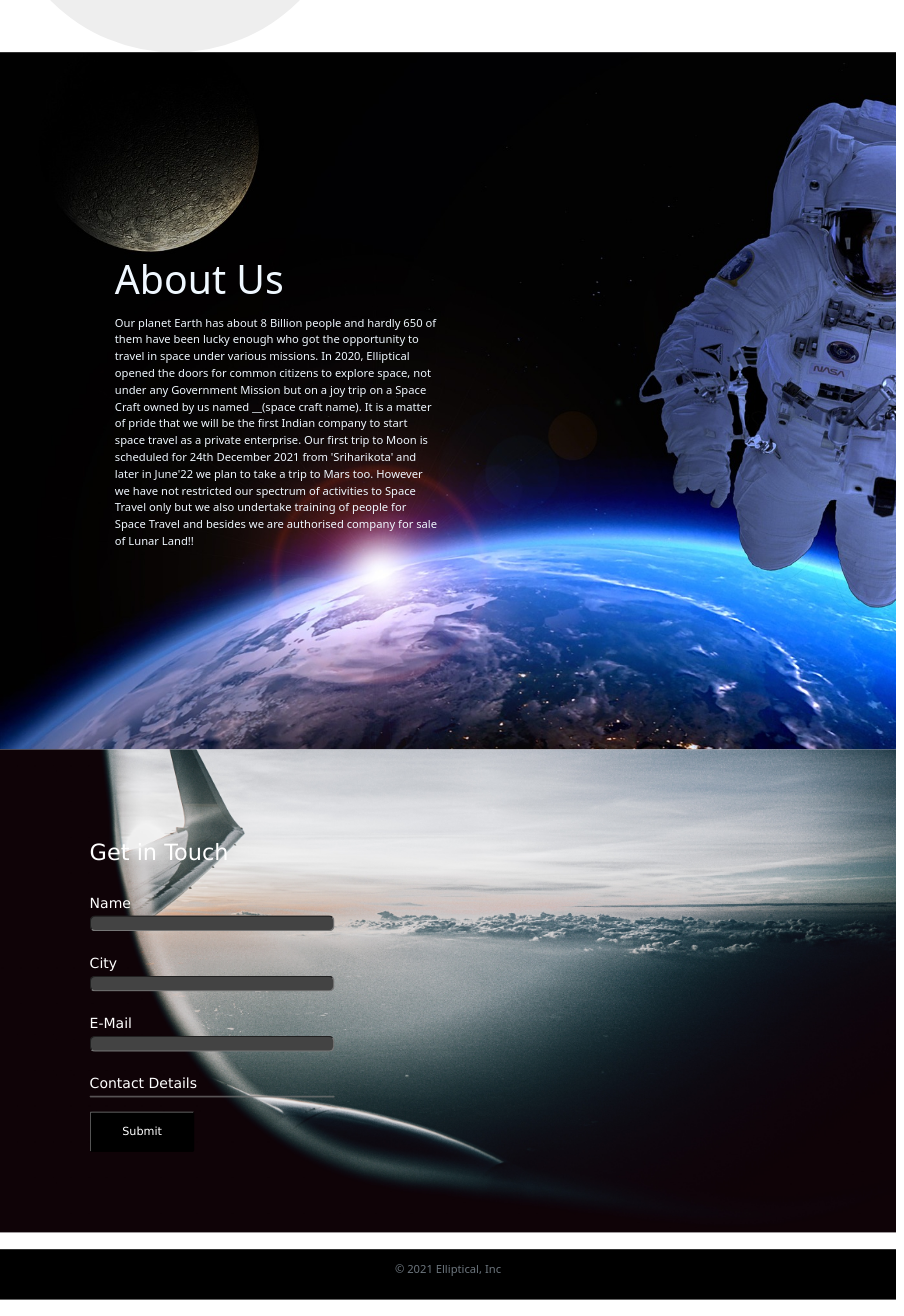
Repository: sarthakkathpalia/elliptical
Page: html/home.html
These files come from the project's save history. The page is drawn as it stood at one moment and after the next save; the edit follows.
The browser window is 1280 px wide. The page is 1292 px wide, so the pictures cover 1292 px, including what lies to the right of the window. The pictures show the part of the page from y = 2522 to 4402 px (the page is 4402 px tall), at 70% of full size.
Some web libraries are served in a nearby version.

Above is the page before, as saved 2021-10-30 15:57:56.
Console error: ReferenceError: emailjs is not defined

After the next save:
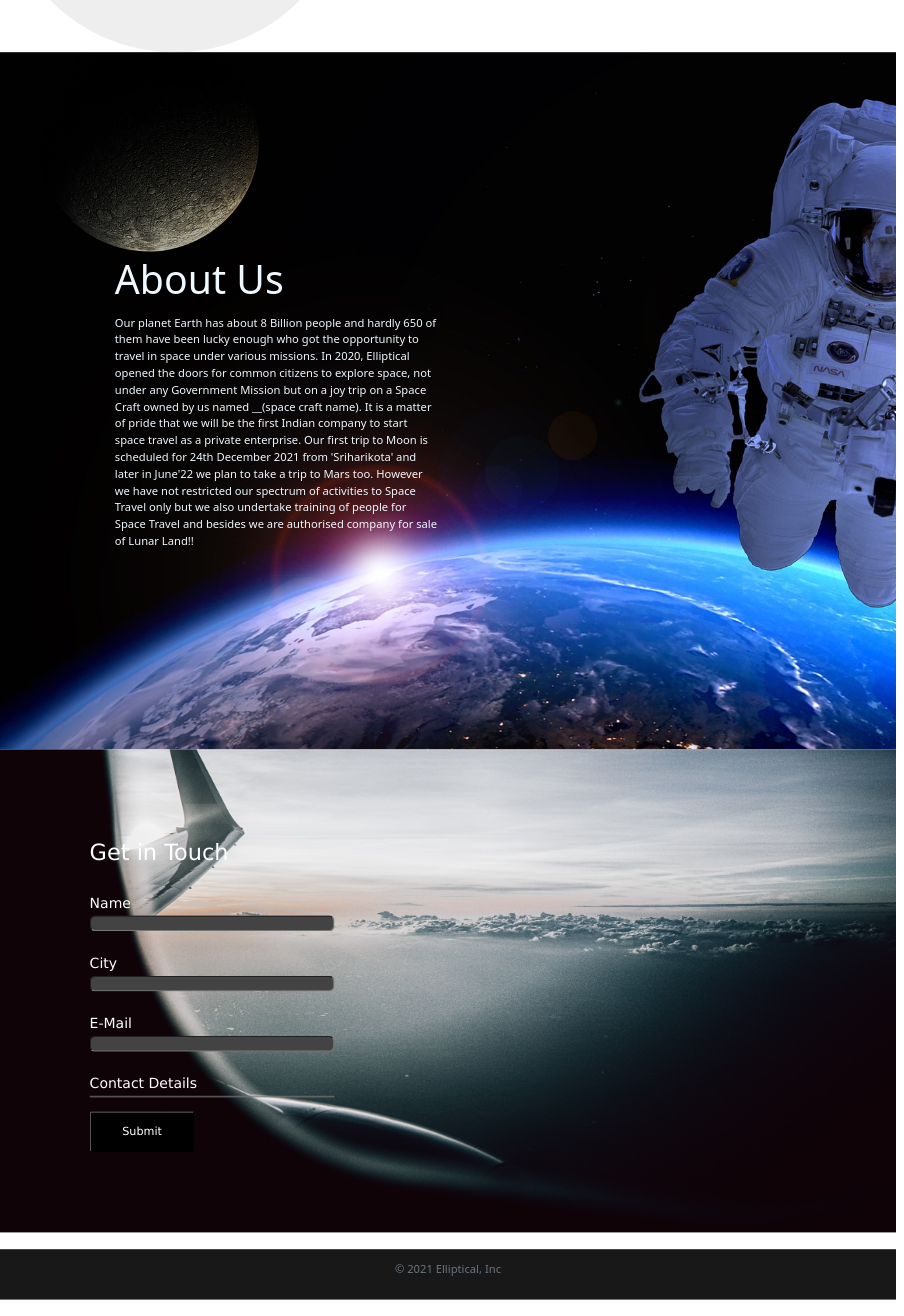
Saved 41 s later.
--- a/Css/home.css
+++ b/Css/home.css
@@ -166,7 +166,7 @@ section {
       }
 
       footer {
-        background-color: #000000;
+        background-color: #000000e7;
         /* background-image:url(/Images/cosmos.jpg) ; */
       }
       .form{
